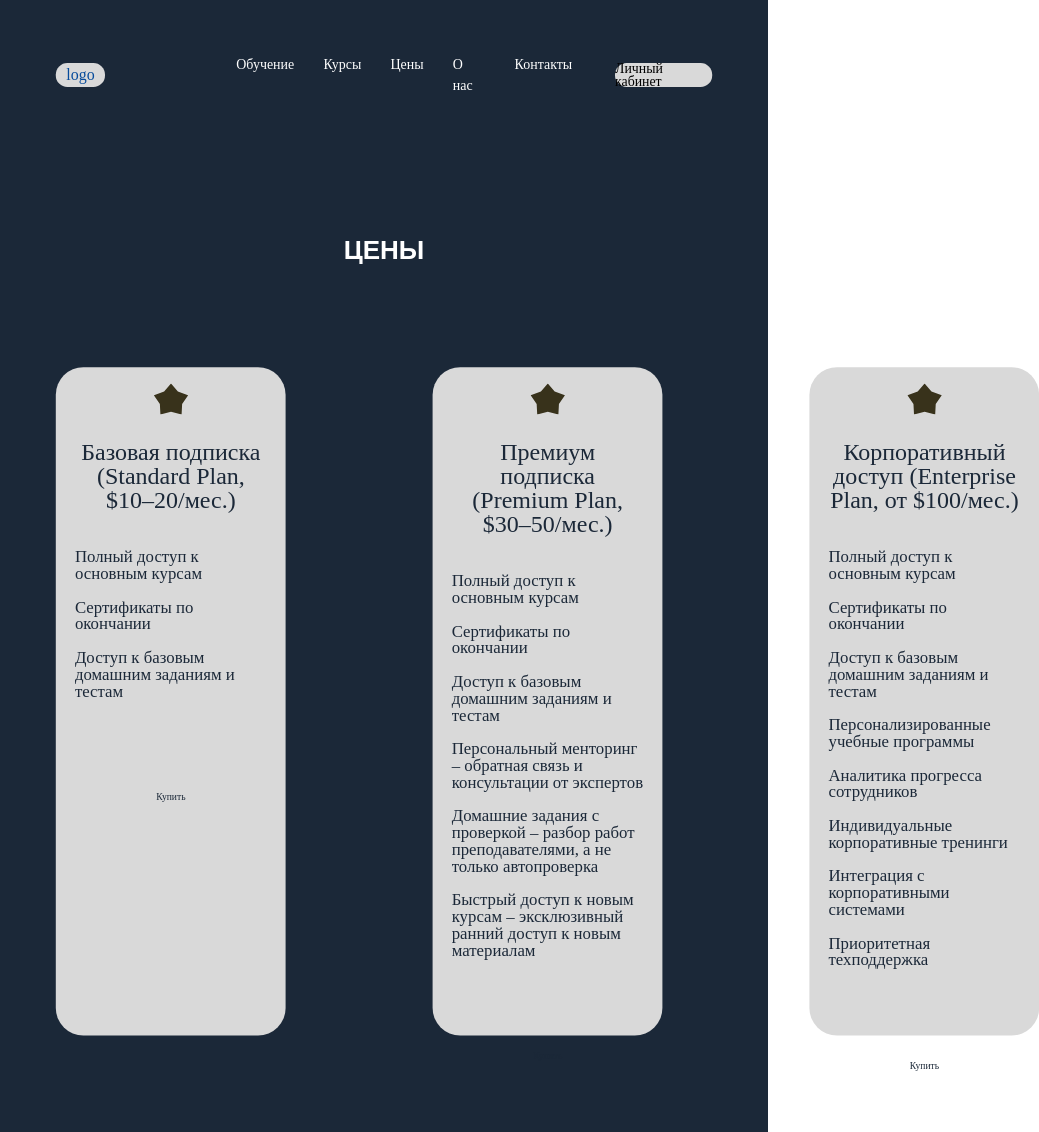
Repository: marjango/course
Page: /pricepage
These files come from the project's save history. The page is drawn as it stood at one moment and after the next save; the edit follows.
The browser window is 1280 px wide. The page is 1732 px wide, so the pictures cover 1732 px, including what lies to the right of the window. The pictures show the whole page, at 60% of full size.
The project was rebuilt for these pictures with package versions that can differ from the ones it lists, and the page was loaded fresh each time. The framework's server and built-in components were replaced by stand-ins that run in the browser. Also part of the build but not shown: next.config.ts.

Above is the page before, as saved 2025-03-26 21:06:34.

After the next save:
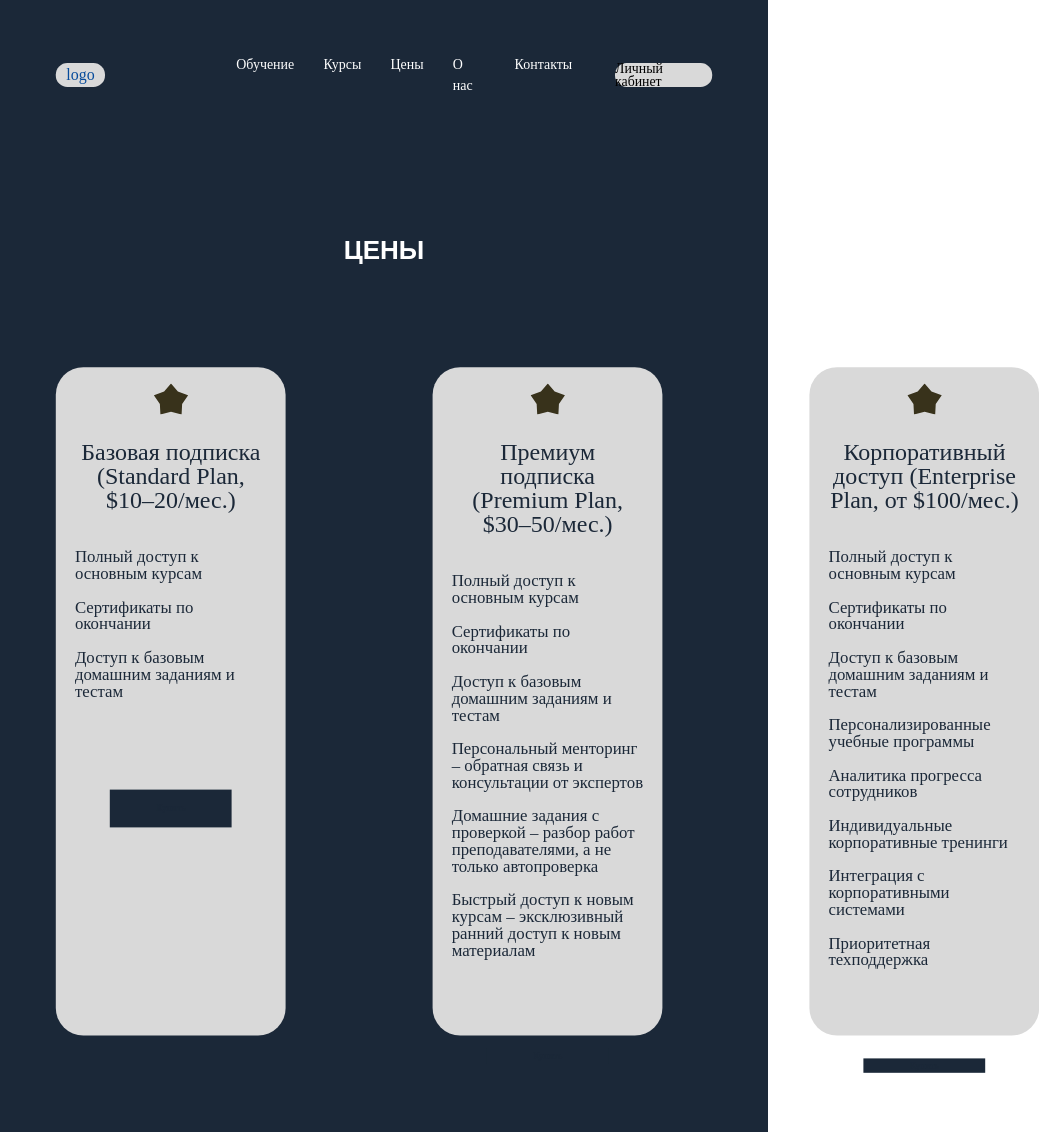
Saved 13 s later.
--- a/app/pricepage/price.module.css
+++ b/app/pricepage/price.module.css
@@ -91,5 +91,7 @@
     margin-bottom: 150px;
 }
 .column button {
-    width: ;
+    width: 203px;
+    height: 63px;
+    background-color: #1b2838;
 }
